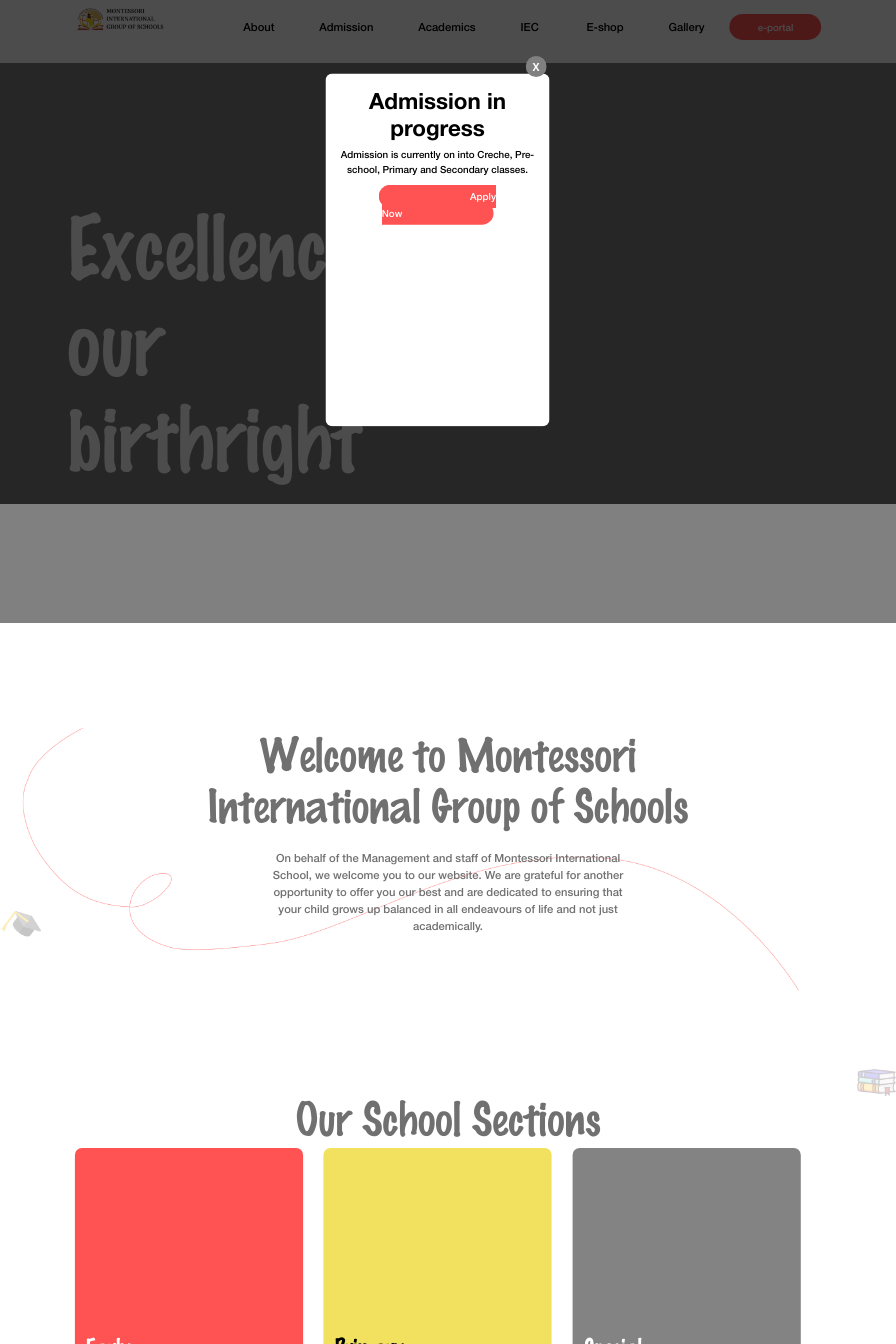
Repository: sarahnnanyelugo/MIGS
Page: /
An editor plug-in stored every save of this project. The page is shown before and after the next save, followed by the edit.
The browser window is 1280 px wide. The pictures show the part of the page from y = 0 to 1920 px (the page is 6373 px tall), at 70% of full size.
The project was rebuilt for these pictures with package versions that can differ from the ones it lists, and the page was loaded fresh each time.

Above is the page before, as saved 2023-05-30 14:37:25.

After the next save:
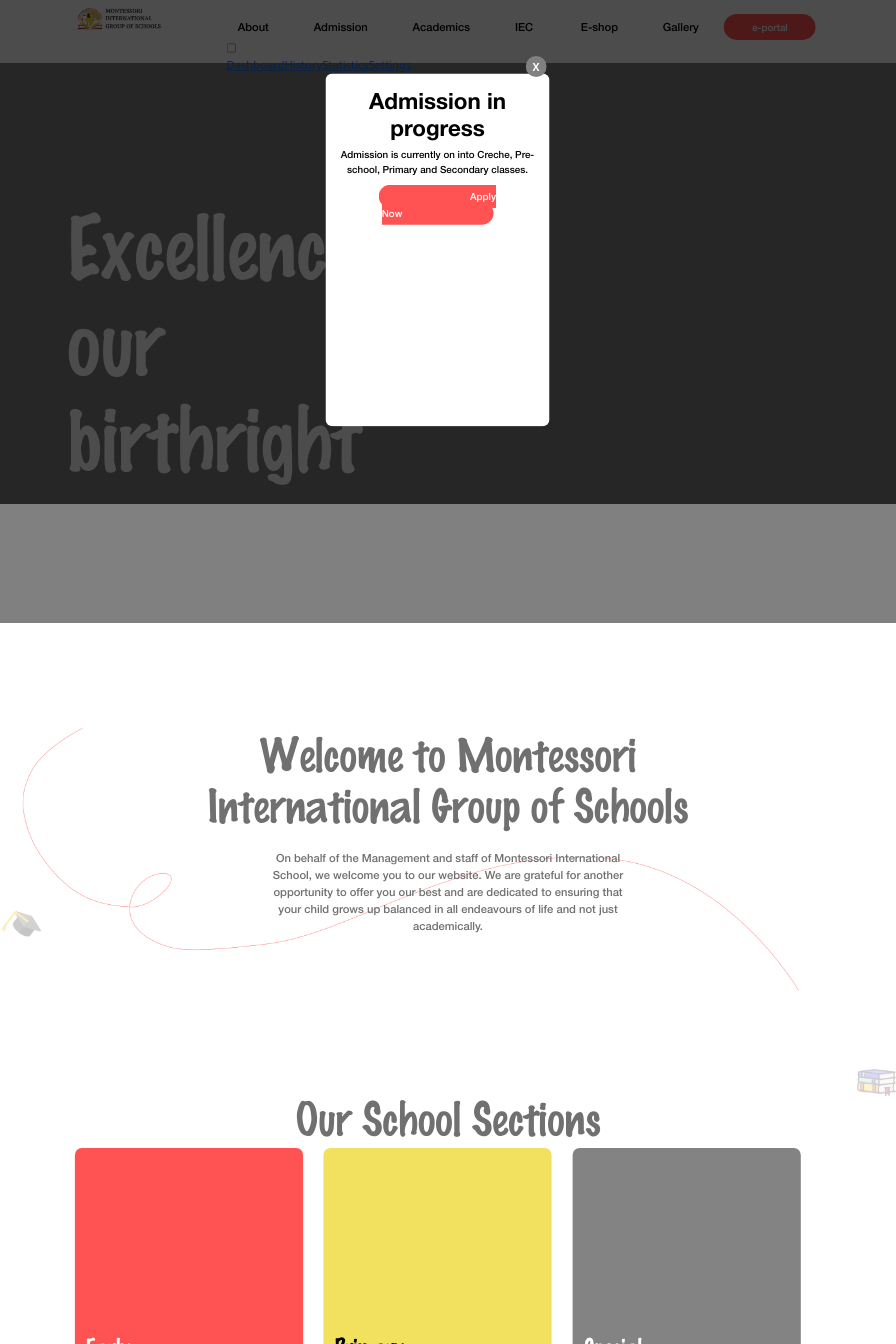
Saved 41 min 38 s later.
--- a/src/components/NavBar/NavBar.jsx
+++ b/src/components/NavBar/NavBar.jsx
@@ -38,6 +38,40 @@
           <li className="list-inline-item">
             <button className="nav-btn">e-portal</button>
           </li>
+          <li>
+            <div class="container">
+              <input id="toggle" type="checkbox" />
+
+              <label class="toggle-container" for="toggle">
+                <span class="button button-toggle"></span>
+              </label>
+
+              <nav class="nav">
+                <a class="nav-item" href="">
+                  Dashboard
+                </a>
+                <a class="nav-item" href="">
+                  History
+                </a>
+                <a class="nav-item" href="">
+                  Statistics
+                </a>
+                <a class="nav-item" href="">
+                  Settings
+                </a>
+              </nav>
+
+              <section class="dummy-content">
+                <div class="circle"></div>
+                <div class="text">
+                  <span></span>
+                  <span></span>
+                </div>
+                <div class="square-top"></div>
+                <div class="square-behind"></div>
+              </section>
+            </div>
+          </li>
         </ul>
       </div>
     </>
